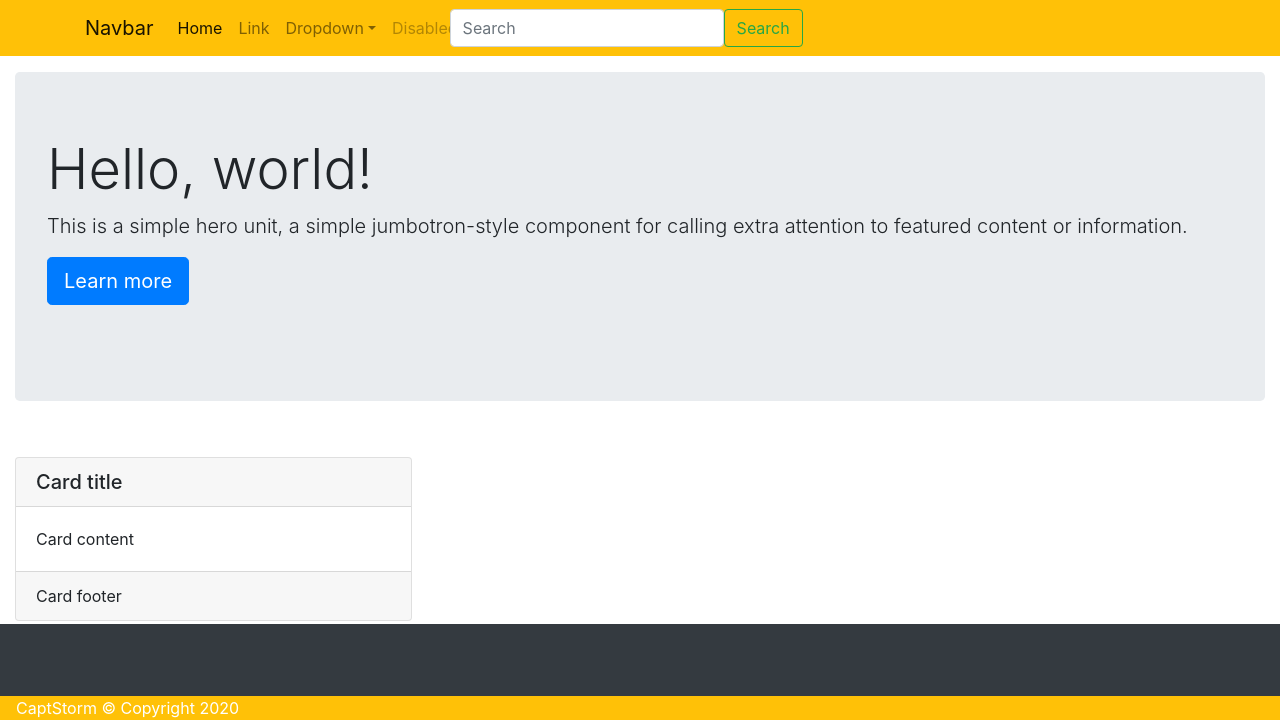
Repository: CaptainStorm21/complete-react16-bootstrap-passing-props
Page: /
These files come from the project's save history. The page is drawn as it stood at one moment and after the next save; the edit follows.
The browser window is 1280 px wide. The pictures show the whole page.
The project was rebuilt for these pictures with package versions that can differ from the ones it lists, and the page was loaded fresh each time.

Above is the page before, as saved 2020-04-23 14:36:03.

After the next save:
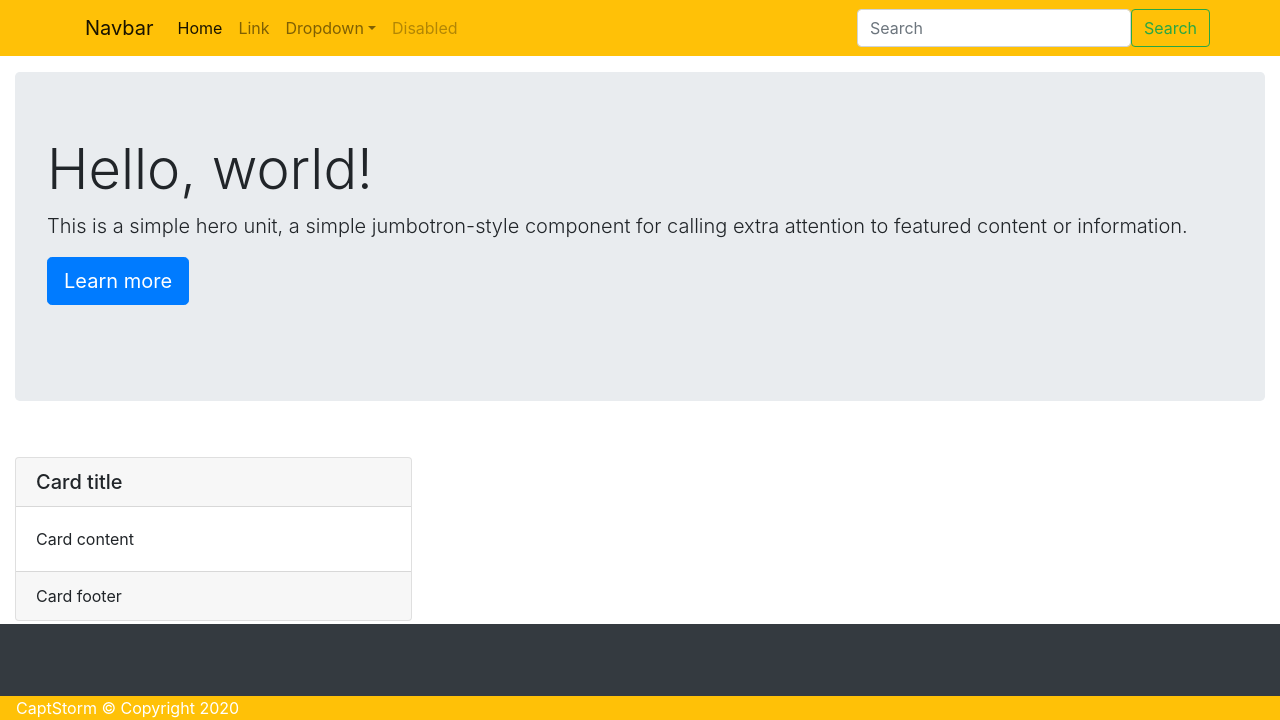
Saved 21 s later.
--- a/src/components/layout/Navbar.js
+++ b/src/components/layout/Navbar.js
@@ -63,7 +63,7 @@ function Navbar() {
               </li>
             </ul>
           </div>
-          <div className="input-group row align-items-end">
+          <div className="row align-items-end">
             <div className="input-group-append ">
               <form className="form-inline ">
                 <input
